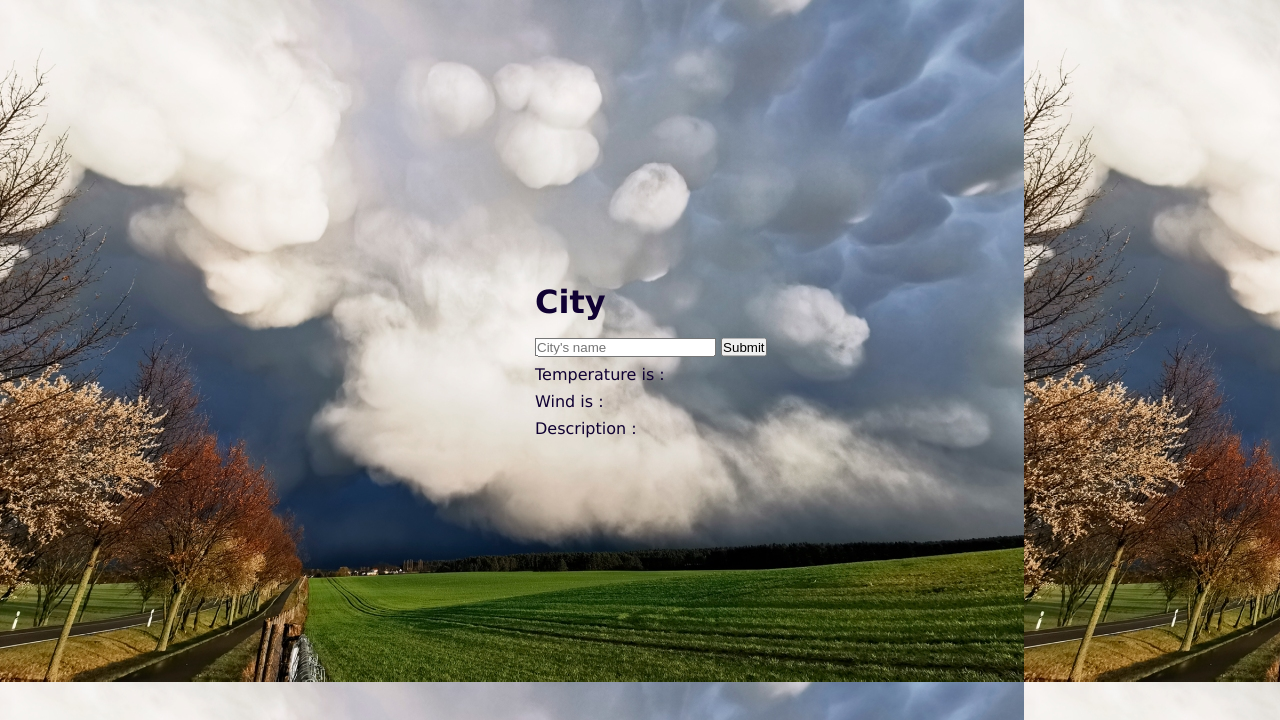
Repository: heartbreathing/searchWeather
Page: index.html
The author's editor kept a copy of each file at every save. The page is drawn from the files as they stood at one save, then again after a run of saves.
The browser window is 1280 px wide. The pictures show the whole page.

Above is the page before, as saved 2022-11-06 22:48:05.

After the next 2 saves:
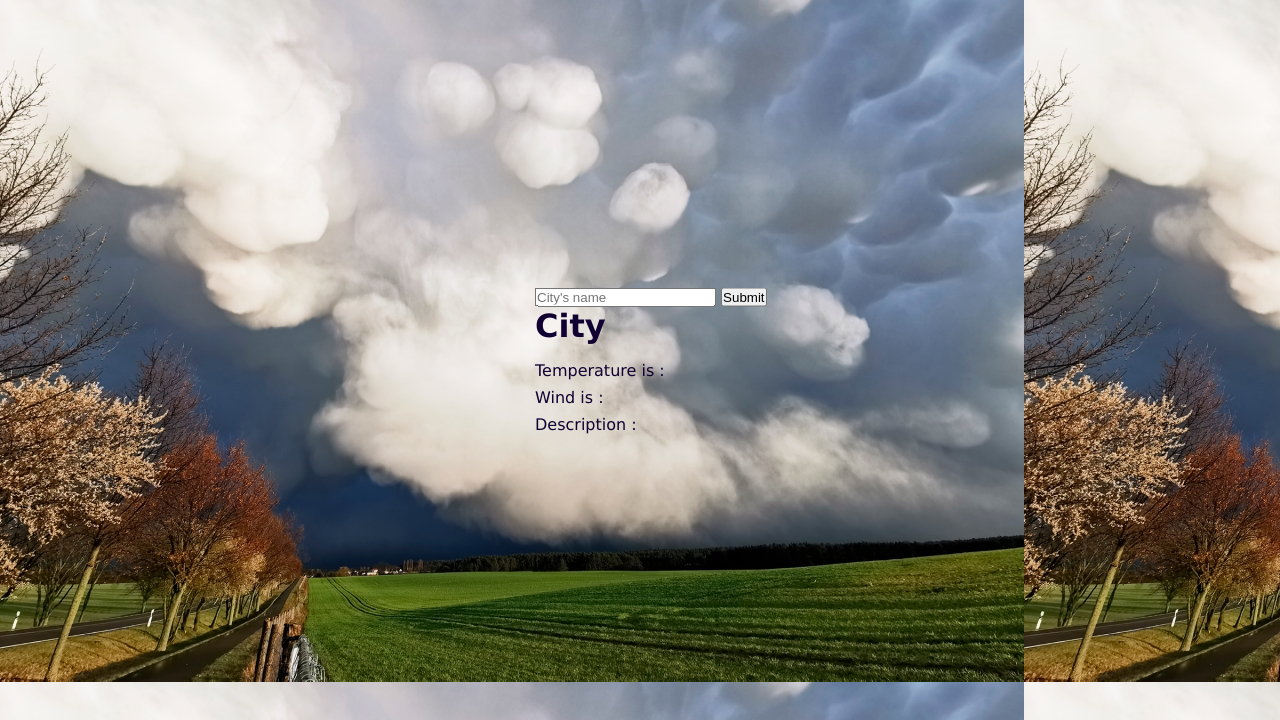
The 2 saves are shown as one change because they came seconds apart.
The last was saved 31 s later.
--- a/index.html
+++ b/index.html
@@ -9,11 +9,12 @@
   </head>
   <body>
     <div class="content">
-      <h1><span class="name" >City</span></h1>
+
       <form class="form">
         <input type="text" name="name" placeholder="City's name" />
         <button type="submit">Submit</button>
       </form>
+      <h1><span class="name" >City</span></h1>
       <p class="content_line">
         Temperature is : <span class="temperature"></span>
       </p>
